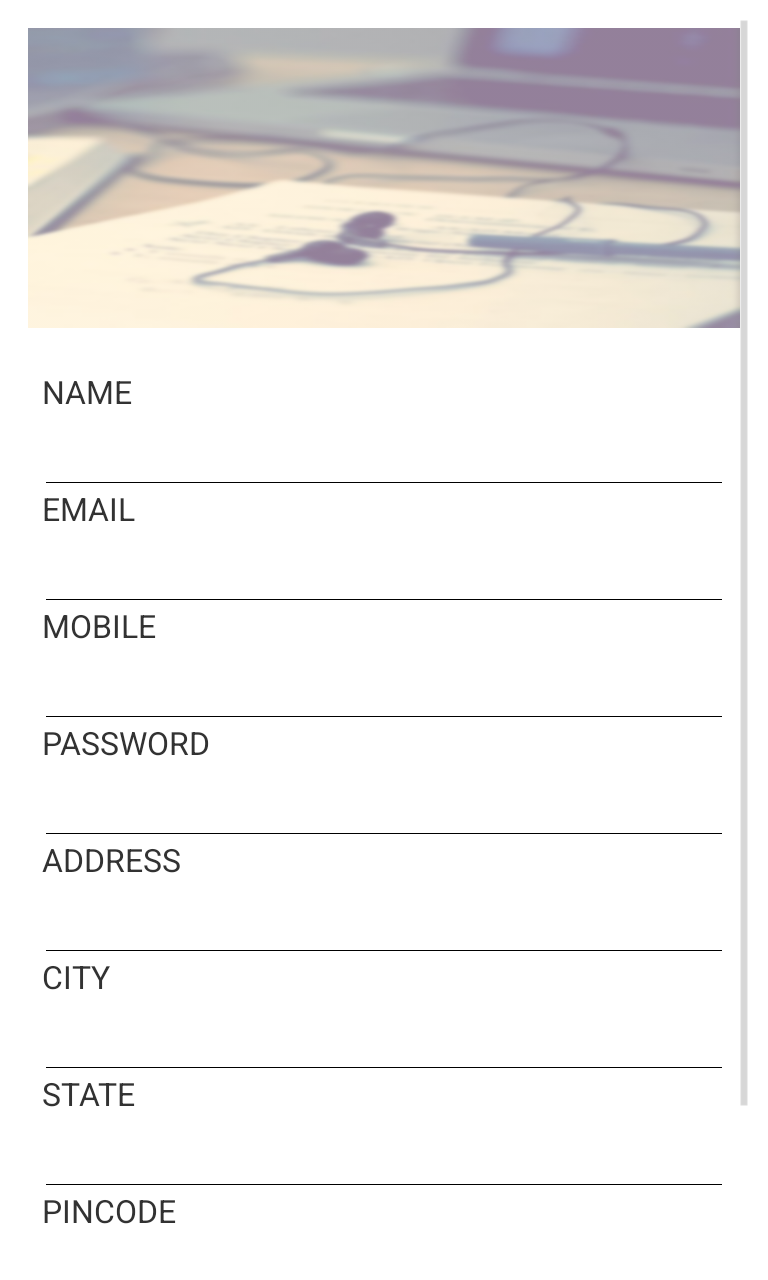
Repository: Harshil737/Career-Launcher
Layout: CareerLauncher/res/layout/fragment_user_profile.xml
These files come from the project's save history. The layout is drawn as it stood at one moment and after the next save; the edit follows.
It is drawn on a 768 x 1280 px phone screen (xhdpi) without system bars, with theme AppTheme; the app's code is not run.

Above is the layout before, as saved 2017-11-04 15:47:34.

After the next save:
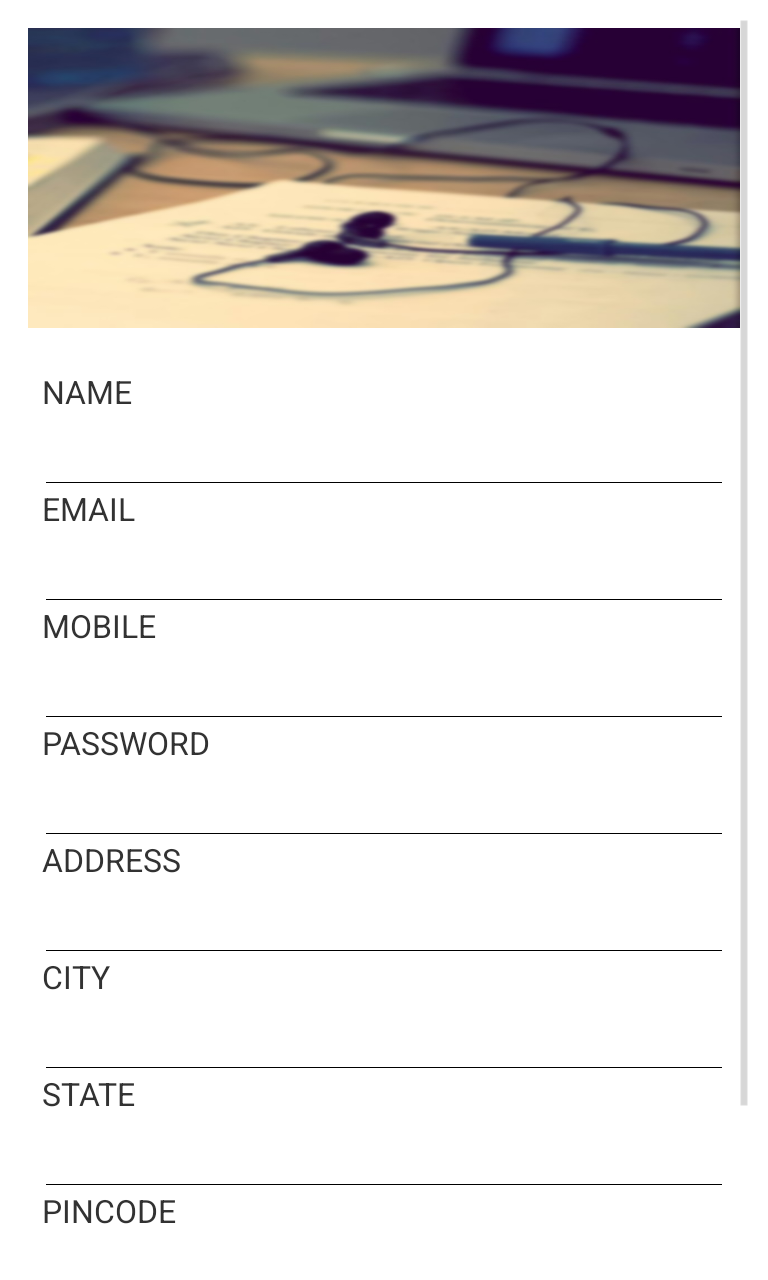
Saved 8 s later.
--- a/CareerLauncher/res/layout/fragment_user_profile.xml
+++ b/CareerLauncher/res/layout/fragment_user_profile.xml
@@ -27,7 +27,6 @@
                 <ImageView
                     android:layout_width="match_parent"
                     android:layout_height="150dp"
-                    android:alpha="0.5"
                     android:scaleType="fitXY"
                     android:src="@drawable/bg_blur" />
             </RelativeLayout>
